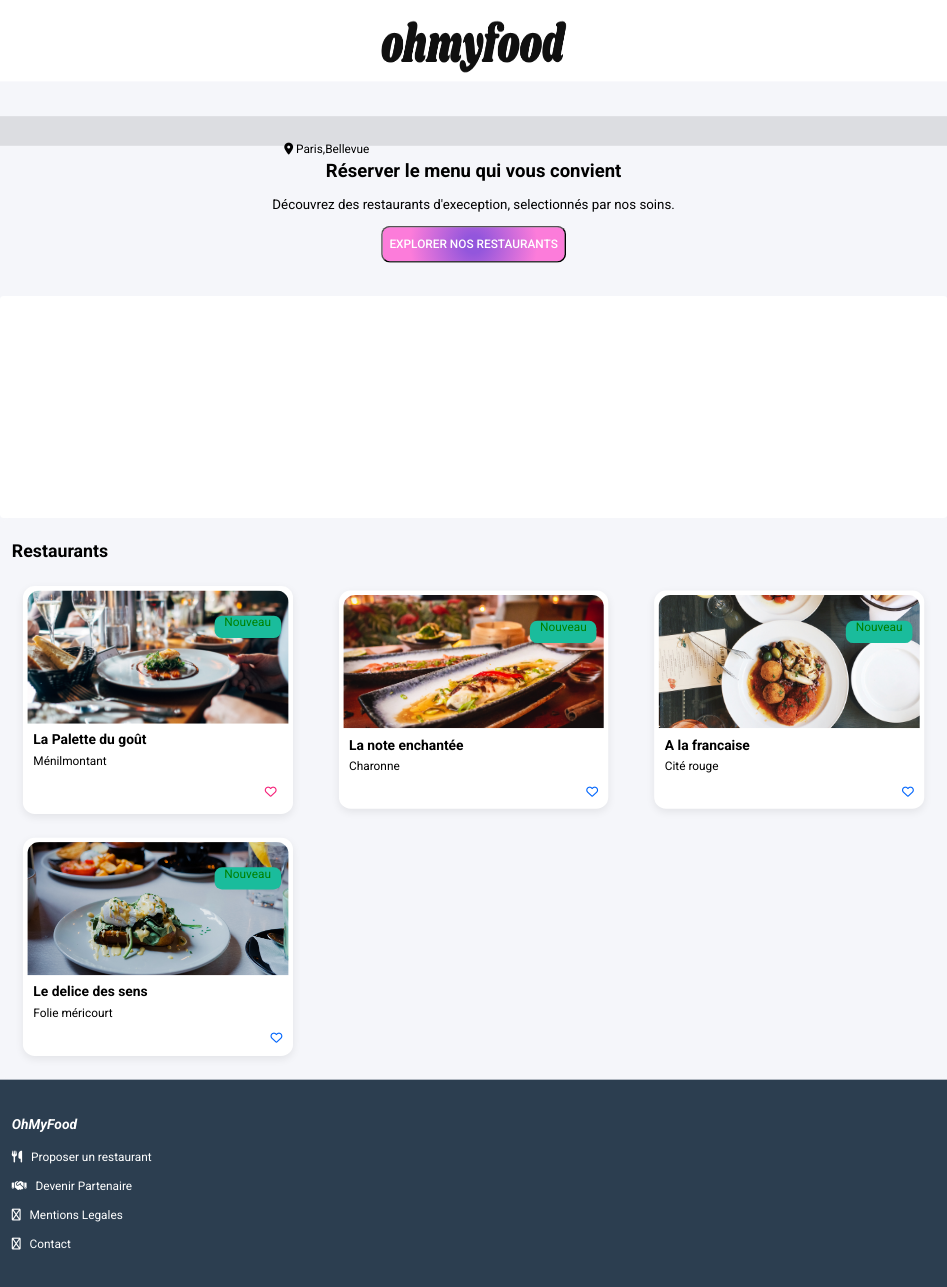
Repository: ultraasedev/ohmyfood
Page: index.html
An editor plug-in stored every save of this project. The page is shown before and after the next save, followed by the edit.
The browser window is 1280 px wide. The pictures show the whole page, at 74% of full size.
Some web fonts or font styles are not loaded; a fallback is used. Some web libraries are served in a nearby version.

Above is the page before, as saved 2022-10-27 18:38:14.

### index.html
<!doctype html>
<html lang="fr">
    <head>
        <meta charset="UTF-8">
        <meta name="viewport" content="width=device-width,minimum-scale=1,initial-scale=1,maximum-scale=2">

      <title>Ohmyfood!  - Home</title>
       <meta name="description" content="Ohmyfood! est une entreprise de commande de repas en ligne. Notre concept permet aux
       utilisateurs de composer leur propre menu et réduire leur temps d’attente dans les
       restaurants car leur menu est préparé à l’avance. Plus de perte de temps à consulter la carte"/>
       <meta property="og:site_name" content="Ohmyfood!  - est une entreprise de commande de repas en ligne. Notre concept permet aux
       utilisateurs de composer leur propre menu et réduire leur temps d’attente dans les
       restaurants car leur menu est préparé à l’avance. Plus de perte de temps à consulter la carte" />
       <meta property="og:description" content="est une entreprise de commande de repas en ligne. Notre concept permet aux
       utilisateurs de composer leur propre menu et réduire leur temps d’attente dans les
       restaurants car leur menu est préparé à l’avance. Plus de perte de temps à consulter la carte" />




       <link type="text/css" rel="stylesheet" href="css/normalize.css"/>
       <link type="text/css" rel="stylesheet" href="css/all.min.css"/>
       <link type="text/css" rel="stylesheet" href="css/fontawesome.min.css"/>
       <link rel="preconnect" href="https://fonts.googleapis.com">
        <link rel="preconnect" href="https://fonts.gstatic.com" crossorigin>
       <link href="https://fonts.googleapis.com/css2?family=Roboto:ital,wght@0,100;0,300;0,400;0,500;0,700;0,900;1,100;1,300;1,400;1,500;1,700;1,900&family=Shrikhand&display=swap" rel="stylesheet">
       <script   src="https://kit.fontawesome.com/f132f25ed3.js" crossorigin="anonymous"></script>

       <link type="text/css" rel="stylesheet" href="css/style.css" />



       </head>

       <body>
<!--Nav + Logo-->
   <div class="nav">
    <div class="logo">
      <img src="images/logo/ohmyfood.png" alt="Ohmyfood !" class="logo"/>
    </div>
   </div>


<!--Header-->
<header>
  <!--Location-->
 <div class="location">
  <div class="villeloca"><p><i class="fa-sharp fa-solid fa-location-dot"></i> Paris,Bellevue</p></div>
</div>

  <div class="head-cont">
    <h2>Réserver le menu qui vous convient</h2>
    <p>Découvrez des restaurants d'exeception, selectionnés par nos soins.</p>

    <button class="btn-nav">
      Explorer nos restaurants
    </button>
  </div>
</header>

<!--Fonctionnement-->
<section class="cont-fonc">


</section>
<!--Fonctionnement-->

<!--Restau 1-->
<section class="cont-art">
  <h2>Restaurants</h2>

  <!-- Card 1 -->
              <article class="resto-card">
                <a href="#">
                  <img
                    src="./images/restaurants/jay-wennington-N_Y88TWmGwA-unsplash.jpg"
                    alt="Photo de l'hébergement"
                  />
                  <div class="new">Nouveau</div>
                  <h3>La Palette du goût</h3>
                  <p>Ménilmontant</p>
                  <div class="stars">
                    <i class="fa-regular fa-heart active"></i>
                  </div>
                </a>
              </article>


               <!-- Card 2 -->
               <article class="resto-card">
                <a href="#">
                  <img
                    src="./images/restaurants/louis-hansel-shotsoflouis-qNBGVyOCY8Q-unsplash.jpg"
                    alt="Photo de l'hébergement"
                  />
                  <div class="new">Nouveau</div>
                  <h3>La note enchantée</h3>
                  <p>Charonne</p>
                  <div class="stars">
                    <i class="fa-regular fa-heart"></i>

                  </div>
                </a>
              </article>

               <!-- Card 3 -->
               <article class="resto-card">
                <a href="#">
                  <img
                    src="./images/restaurants/stil-u2Lp8tXIcjw-unsplash.jpg"
                    alt="Photo de l'hébergement"
                  />
                  <div class="new">Nouveau</div>
                  <h3>A la francaise</h3>
                  <p>Cité rouge</p>
                  <div class="stars">
                    <i class="fa-regular fa-heart"></i>
                  </div>
                </a>
              </article>

               <!-- Card 4 -->
               <article class="resto-card">
                <a href="#">
                  <img
                    src="./images/restaurants/toa-heftiba-DQKerTsQwi0-unsplash.jpg"
                    alt="Photo de l'hébergement"
                  />
                  <div class="new">Nouveau</div>
                  <h3>Le delice des sens</h3>
                  <p>Folie méricourt</p>
                  <div class="stars">
                    <i class="fa-regular fa-heart"></i>
                  </div>
                </a>
              </article>




</section>

<!--FOOTER-->
<footer>
  <div class="container-footer">
    <div class="card-footer">
      <h3 style="font-family: 'Roboto';font-weight: 700;font-style: italic;">OhMyFood</h3>
      <!--<img src="images/logo/ohmyfood.png" alt="Ohmyfood !" height="20px" width="80px" style="margin-bottom: 10px;"/>-->
      <a href="#"><i class="fa-solid fa-utensils"></i>&nbsp;&nbsp;&nbsp;Proposer un restaurant</a>
      <a href="#"><i class="fa-solid fa-handshake"></i>&nbsp;&nbsp;&nbsp;Devenir Partenaire</a>
      <a href="#"><i class="fa-regular fa-circle-info"></i>&nbsp;&nbsp;&nbsp;Mentions Legales</a>
      <a href="#"><i class="fa-regular fa-phone"></i>&nbsp;&nbsp;&nbsp;Contact</a>

    </div>

</footer>

### css/style.css
*{
    box-sizing: border-box;
    font-family: var(--fontall);
    max-width: 1380px;

}
:root{

  /*Font*/
  --fontall: 'Roboto', sans-serif;
  --fontlg: 'Shrikhand' , cursive;

  /*color*/
  --primary: #9356DC;
  --secon: #FF79DA;
  --tert: #99E2D0;

  --greybg: #f5f6fa;

}


body{
    background-color:  var(--greybg);
    font-family: var(--fontall);
}

/* Nav*/
.nav{
  display: flex;
  height: 130px;
  width: 100%;
  background-color: #fff;
  align-items: center;
  align-content: center;
  text-align: center;
  margin-bottom: 10px;
}
/*Logo*/
.logo{
  position: relative;
  align-items: center;
  align-content: center;
  text-align: center;
  margin-right: auto;
  margin-left: auto;
}
.logo img{
  height: 70px;
  width: 250px;
}
/*Header*/
header{
  position: absolute;
  height: 300px;
  width: 100%;
  background-color: #f5f6fa;
  align-items: center;
  align-content: center;
  text-align: center;
  margin-top: -30px;
}
/*Location*/
.location{
  position: flex;
  background-color: #dcdde1;
  height: 40px;
  margin-top: -8px;
  align-items: center;
  align-content: center;
  text-align: center;
}
.location .villeloca{
  position: absolute;
  align-items: center;
  align-content: center;
  text-align: center;
  left: 30%;
}

/*Head-Cont*/

.head-cont h2{
  font-size: 25px;
  font-weight: bold;

}
.head-cont p{
  font-size: 18px;
  font-weight: 400;

}
/*Btn-nav*/
.btn-nav{
  align-items: center;
  align-content: center;
  text-transform: uppercase;
  transition: 0.5s;
  background: rgb(147,86,220);
  background: radial-gradient(circle, rgba(147,86,220,1) 10%, rgba(252,124,218,1) 69%);
  z-index: -1;
  transition: transform 400ms ease-in;
  color: #fff;
  width: 250px;
  height: 50px;
  overflow: hidden;
  text-decoration: none;
  border-radius: 12px;
 font-weight: 500;

}
/*Fonctionnement*/
.cont-fonc{
  position: relative;
  background-color: #fff;
  height: 300px;
  margin-top: 270px;
  border-radius: 5px;
}


/* Content Article */
.cont-art{
  background-color: #f5f6fa;
  padding: 32px 16px;
  border-radius: 16px;
  display: grid;
  grid-template-columns: repeat(3, 1fr);
  gap: 32px;
  left: 10px;
}
.cont-art h2 {
  grid-column: 1/-1;
  margin: 0;
}
.cont-art .resto-card{
  background: white;
  padding: 6px;
  border-radius: 16px;
  margin: auto;
  box-shadow: rgba(0, 0, 0, 0.08) 0px 4px 12px;
  transition: 0.2s;
  width: calc(100% - 30px);
}
.cont-art .resto-card .new{
  position: relative;
  background-color: #1abc9c;
  color: green;
  height: 30px;
  width: 90px;
  text-align: center;
  justify-content: center;
  align-items: center;
  border-radius: 10px;
  float: right;
  top: -150px;
  margin-right: 10px;
  font-weight: 400;
}
.cont-art .resto-card img {
  height: 180px;
  object-fit: cover;
  width: 100%;
  border-top-right-radius: 16px;
  border-top-left-radius:16px;
}
.cont-art .resto-card a {
  text-decoration: none;
  color: inherit;
}

.cont-art .resto-card h3 {
  margin: 8px 8px 8px;
}

.cont-art .resto-card p {
  margin: 8px 8px 8px;
}

.cont-art .resto-card .stars {
  margin: 8px 8px 8px;
  color: #0065fc;
  float: right;
}
.cont-art .resto-card .stars .active{
  margin: 8px 8px 8px;
  color: #f52179;
}

/*FOOTER*/
footer {
  background-color: #2c3e50;
  padding: 32px 16px;
  color: #fff;
}
.container-footer {
  display: flex;
  max-width: 1330px;
  margin: auto;
  font-family: "Raleway", sans-serif;
  gap: 16px;
}
.card-footer {
  display: flex;
  flex-direction: column;
  min-width: 30%;
}

.card-footer a {
  margin-top: 5px;
  margin-bottom: 16px;
  text-decoration: none;
  color: inherit;
}

.card-footer a:hover {
  text-decoration: underline !important;
}

Loaded but not shown: css/normalize.css (library); css/all.min.css (library); css/fontawesome.min.css (library)

After the next save:
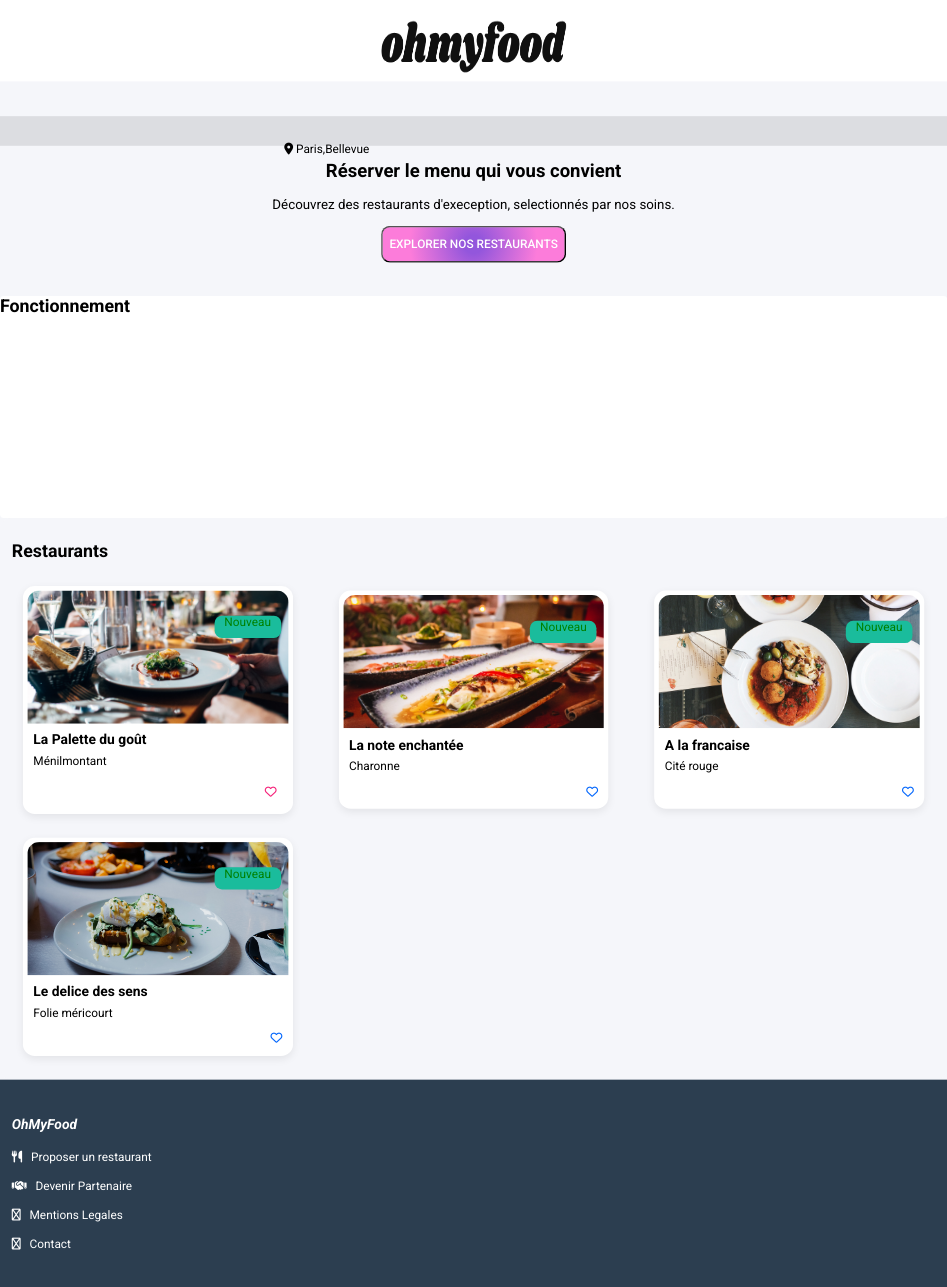
Saved 47 s later.
--- a/index.html
+++ b/index.html
@@ -60,6 +60,7 @@
 
 <!--Fonctionnement-->
 <section class="cont-fonc">
+  <h2>Fonctionnement</h2>
 
 
 </section>
